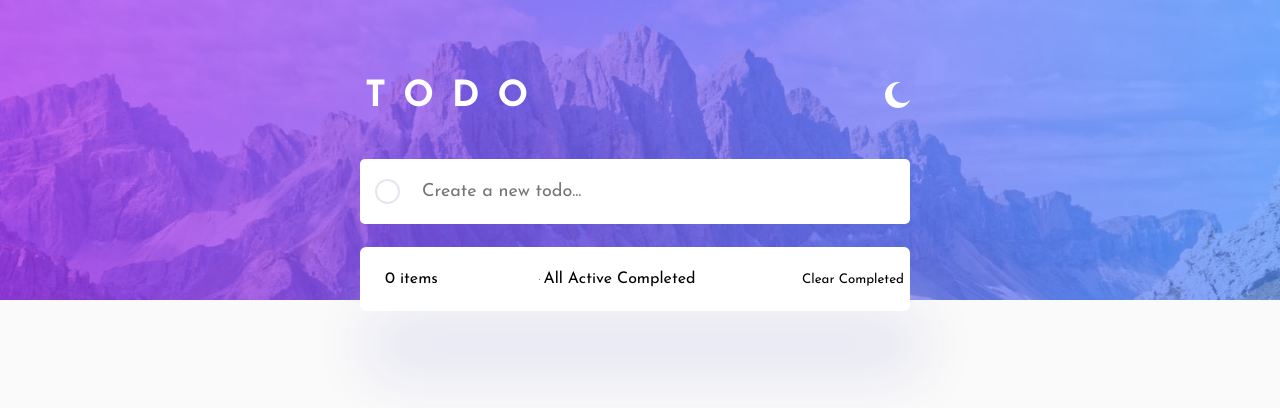
Repository: Haviles04/todoapp
Page: /
An editor plug-in stored every save of this project. The page is shown before and after the next save, followed by the edit.
The browser window is 1280 px wide. The pictures show the whole page.
The project was rebuilt for these pictures with package versions that can differ from the ones it lists, and the page was loaded fresh each time.

Above is the page before, as saved 2022-10-22 09:22:21.

### public/index.html
<!DOCTYPE html>
<html lang="en">
  <head>
    <meta charset="utf-8" />
    <meta name="viewport" content="width=device-width, initial-scale=1" />
    <meta name="theme-color" content="#000000" />
    <meta
      name="description"
      content="Web site created using create-react-app"
    />

    <title>Todo App</title>
  </head>
  <body>

    <div id="root"></div>

  </body>
</html>

### src/App.js
import React, { useState } from "react";
import "./App.css";
import TaskForm from "./components/taskForm/TaskForm";
import TaskList from "./components/taskList/TaskList";
import Header from "./components/header/Header";

let todoNumber = 0;

function App() {
  const [todo, setTodo] = useState("");
  const [todoList, setTodoList] = useState([]);

  function onChange(e) {
    setTodo(e.target.value);
  }

  function handleClick(e) {
    e.preventDefault();

    const newTodo = {
      text: todo,
      complete: false,
      id: (todoNumber += 1),
    };

    setTodo("");
    setTodoList([...todoList].concat(newTodo));
    document.getElementById("taskInput").value = "";
  }

  console.log(todoList);

  return (
    <div className="App">
      <Header />
      <TaskForm onChange={onChange} handleClick={handleClick} todo={todo} />
      <TaskList todoList={todoList} />
    </div>
  );
}

export default App;

### src/App.css
@import url('https://fonts.googleapis.com/css2?family=Josefin+Sans:wght@400;700&display=swap');


body, html{
    width: 100vw;
    height: auto;
    margin: 0;
    font-family: 'Josefin Sans', sans-serif;
    font-size: 18px;
    display: flex;
    justify-content: center;
    background-image: url('./assests/bg-desktop-light.jpg');
    background-repeat: no-repeat;
    background-size: 100% 300px;
    background-color: hsl(0, 0%, 98%);
}

.circleBtn{
    width:25px;
    height: 25px;
    border-radius: 50%;
    border:2px solid hsl(236, 33%, 92%);
    background-color: transparent;
    margin-left: 15px;
}

.circleBtn:hover{
    cursor: pointer;
    background:linear-gradient(hsl(192, 100%, 67%), hsl(280, 87%, 65%));
}

### src/components/taskForm/TaskForm.jsx
import React from "react";
import "./taskForm.css";

function TaskForm(props) {
  return (
    <div className="inputContainer">
      <form onSubmit={props.handleClick}>
        <button id="taskBtn" className="circleBtn" type="submit"></button>
        <input
          id="taskInput"
          className="taskInput"
          type="text"
          placeholder="Create a new todo..."
          onChange={props.onChange}
        ></input>
      </form>
    </div>
  );
}

export default TaskForm;

### src/components/taskList/TaskList.jsx
import React from "react";
import "./taskList.css";

function TaskList(props) {
  function completeTask(id) {
    props.todoList.map((todo) => {
      if (todo.id === id) {
        todo.complete = !todo.complete;
      }
      return props.todoList;
    });
  }

function pluralize(){
  if(props.todoList.length > 1 || props.todoList.length < 1){
    return `${props.todoList.length} items`;
  } else {
    return `${props.todoList.length} item`;
  }
}


  return (
    <div className="taskDisplay">
      {props.todoList.map((todo) => (
        <div key={todo.id} className="todoList">
          <label>
            <input
              type="checkbox"
              display="hidden"
              name={`checkID${todo.id}`}
              onClick={() => completeTask(todo.id)}
              className="checkComplete"
            ></input>
            <span className="checkboxSpan"/>
            <span className="todoText">{todo.text}</span>
          </label>
        </div>
      ))}

    <div className="completedActiveOptions">
      <span className="todoCount">{pluralize()}</span>
      <form>
        <input id="all" type="radio" name="completeActiveAll" className="completeActiveAll" />
        <label className="todoStatusLabel" for="all">All</label>
        <input id="active" type="radio" name="completeActiveAll" className="completeActiveAll" />
        <label className="todoStatusLabel" for="active">Active</label>
        <input id="completed" type="radio" name="completeActiveAll" className="completeActiveAll" />
        <label className="todoStatusLabel" for="completed">Completed</label>
      </form>
      <button className="clearComplete">Clear Completed</button>




    </div>
    </div>
  );
}

export default TaskList;

### src/components/header/Header.jsx
import React from 'react'
import './header.css'


function Header() {
  return (
    <div id="header" className='header'>

        <h1>TODO</h1>
        <button className='modeToggle'></button>

    </div>
  )
}

export default Header

### src/components/taskForm/taskForm.css
.inputContainer{
    height: 65px;
    width: 550px;
    background-color: white;
    border-radius: 5px;
    display: flex;
    justify-content: space-between;
    align-items: center;
    margin-top: 15px;
}

form{
    display:flex;
    align-items: center;
}

.taskInput{
    width: 450px;
    height: 30px;
    margin-left: 20px;
    font-family: 'Josefin Sans', sans-serif;
    border: 0;
    outline: none;
    font-size: 18px;
}

### src/components/taskList/taskList.css
.taskDisplay {
  margin-top: 23px;
  width: 550px;
  height: auto;
  background-color: white;
  border-radius: 6px;
  box-shadow: 10px 65px 60px hsl(236, 33%, 92%);
}

.todoList {
  width: 450px;
  height: 64px;
  display: flex;
  align-items: center;
  font-family: "Josefin Sans", sans-serif;
  border: 0;
  outline: none;
  font-size: 18px;
  box-sizing: border-box;
  border-bottom: 1px solid hsl(236, 33%, 92%);
}

.checkComplete {
  position: absolute;
  width: 1px;
  height: 1px;
  margin: -1px;
}

.taskDisplay label {
  display: flex;
  align-items: center;
  gap: 8px;
}

.checkComplete:checked + .todoText {
  text-decoration: line-through;
  color: hsl(0, 0%, 98%);
}

.checkComplete:checked + .checkboxSpan {
  background-repeat: no-repeat;
  background-image: url(../../assests/icon-check.svg),
    linear-gradient(hsl(192, 100%, 67%), hsl(280, 87%, 65%));
  background-position: center;
}

.checkboxSpan {
  display: inline-block;
  height: 20px;
  width: 20px;
  border-radius: 50%;
  border: 2px solid hsl(236, 33%, 92%);
  margin-left: 15px;
  margin-right: 15px;
}


.completedActiveOptions{
    height: 64px;
    display: flex;
    align-items: center;
    justify-content: space-between;
    font-size: 16px;
}

.todoCount {
    margin-left: 25px;
}

.completeActiveAll{
    position: absolute;
    width: 1px;
    height: 1px;
    margin: 1px;
}

.todoStatusLabel{
    margin-left:5px;
}

.todoStatusLabel:hover{
    color: hsl(220, 98%, 61%);
    cursor: pointer;
}

.clearComplete{
    background-color: transparent;
    border: none;
    font-family:"Josefin Sans", sans-serif; ;
}

.clearComplete:hover{
    cursor: pointer;
}

### src/components/header/header.css
.header{
    padding: 5px;
    width: 550px;
    margin-top: 50px;
    display: flex;
    justify-content: space-between;
    align-items: center;
}

.modeToggle{
    background-image: url('../../assests/icon-moon.svg');
    height: 30px;
    width: 30px;
    border: none;
    background-color: transparent;
    background-repeat: no-repeat;
}

.modeToggle:hover{
    cursor: pointer;
}

.header h1{
    color: white;
    letter-spacing: 1rem;
}

Loaded but not shown: src/index.js (common file)

After the next save:
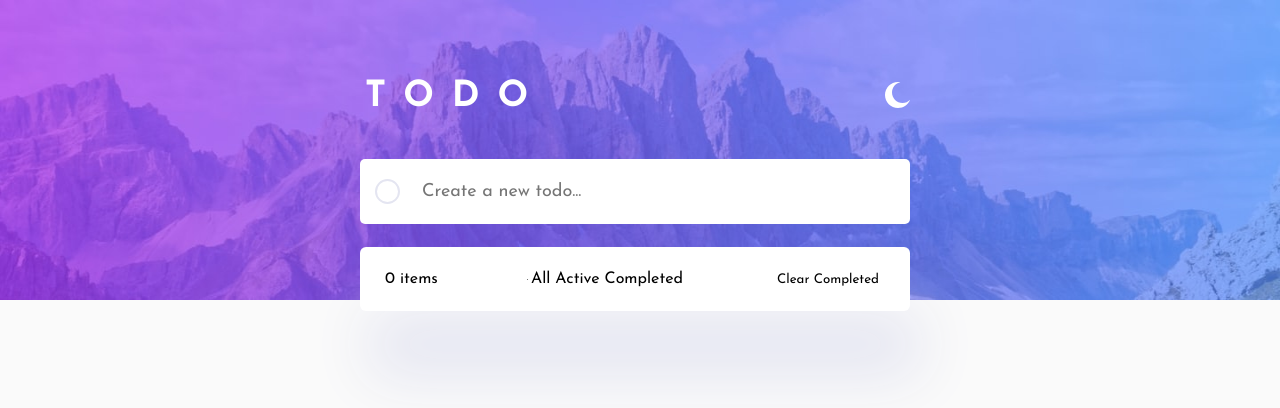
Saved 10 s later.
--- a/src/components/taskList/taskList.css
+++ b/src/components/taskList/taskList.css
@@ -88,6 +88,7 @@
     background-color: transparent;
     border: none;
     font-family:"Josefin Sans", sans-serif; ;
+    margin-right:25px;
 }
 
 .clearComplete:hover{
